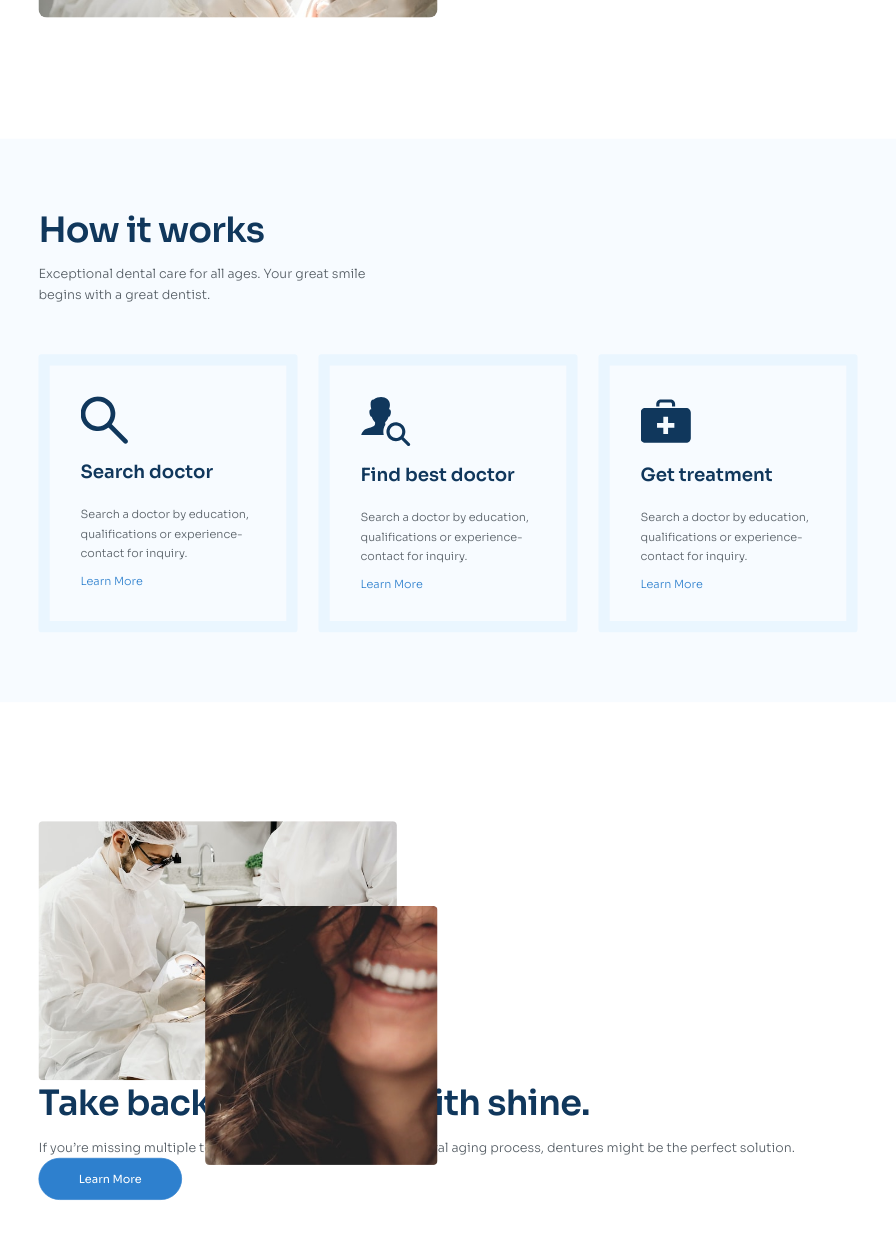
Repository: anhtien111198/f8-htmlcss-03
Page: index.html
An editor plug-in stored every save of this project. The page is shown before and after the next save, followed by the edit.
The browser window is 1280 px wide. The pictures show the part of the page from y = 1643 to 3563 px (the page is 3442 px tall before and 3563 px after), at 70% of full size.

Above is the page before, as saved 2023-05-13 15:16:15.

After the next save:
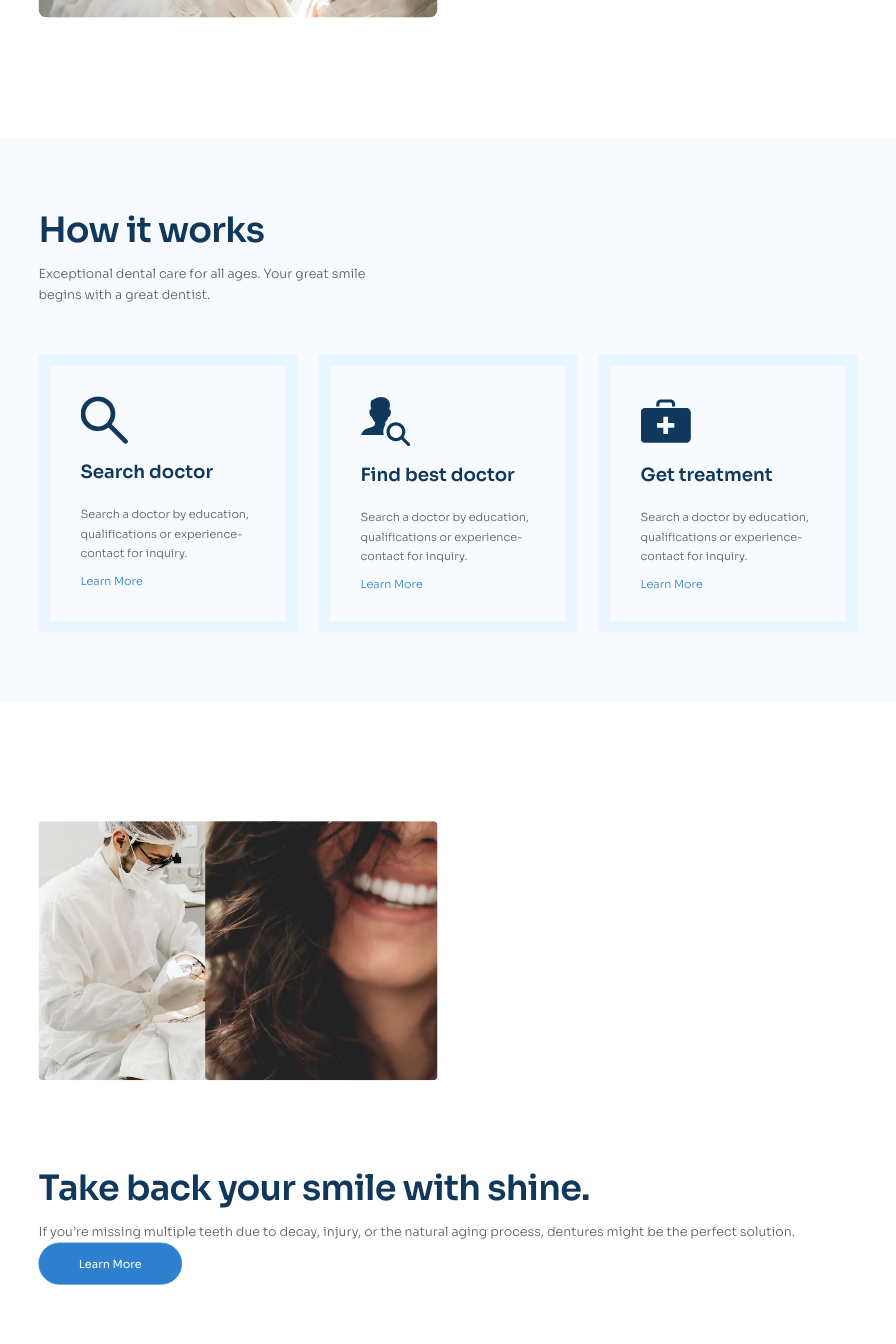
Saved 101 s later.
--- a/assets/css/style.css
+++ b/assets/css/style.css
@@ -329,6 +329,7 @@ a {
 }
 .feature__images {
     position: relative;
+    padding-bottom: 121px;
 }
 .feature__img {
     width: 512px;
@@ -338,7 +339,6 @@ a {
 }
 .feature__img:last-child {
     position: absolute;
-    top: 121px;
     left: 238px;
     width: 332px;
     height: 370px;
